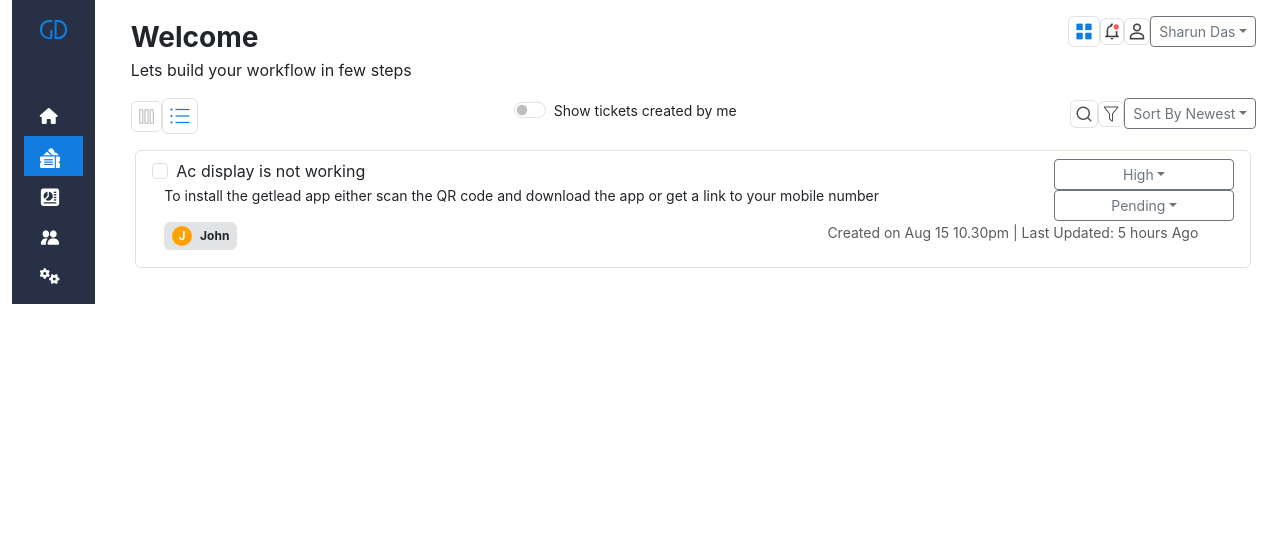
Repository: rishikarajeev/GL_HelpDesk
Page: /showtickets
An editor plug-in stored every save of this project. The page is shown before and after the next save, followed by the edit.
The browser window is 1280 px wide. The pictures show the whole page.
The project was rebuilt for these pictures with package versions that can differ from the ones it lists, and the page was loaded fresh each time. Also part of the build but not shown: src/App.css, src/Pages/HomePage.jsx.

Above is the page before, as saved 2024-01-09 15:21:40.

After the next save:
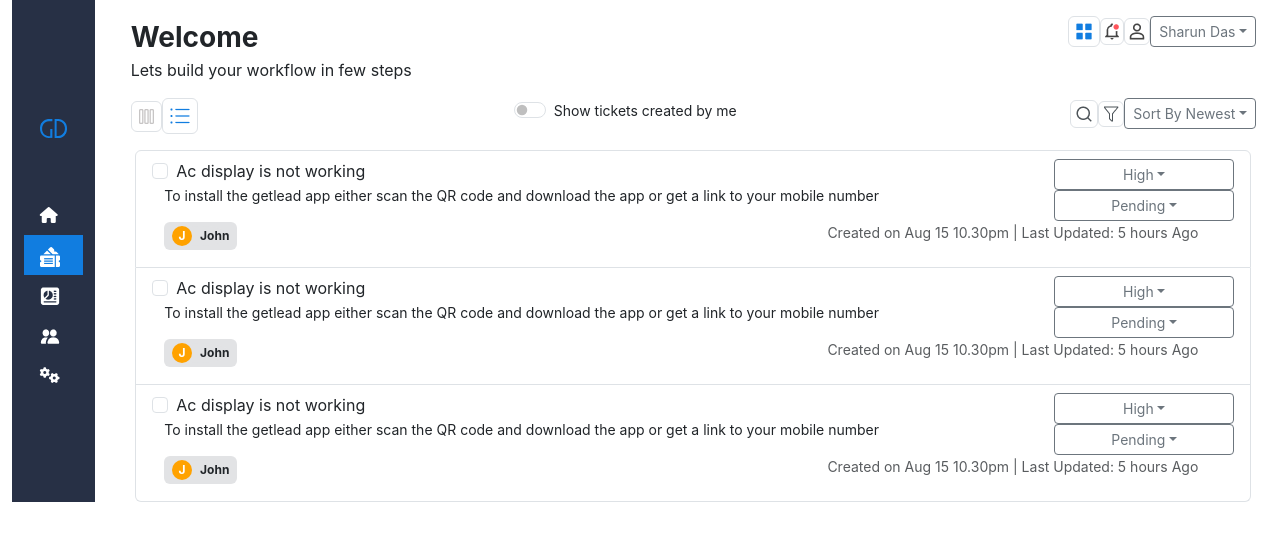
Saved 77 s later.
--- a/src/Pages/ViewTickets.jsx
+++ b/src/Pages/ViewTickets.jsx
@@ -3,19 +3,19 @@ import React from "react";
 import "../Assets/Css/Styles.css";
 import UserBadge from "../Components/UserBadge";
 import Header from "../Components/Header";
-import { Container, Row, Col, Navbar, Nav,ListGroup } from "react-bootstrap";
+import { Container, Row, Col, Navbar, Nav } from "react-bootstrap";
 
 function ViewTickets() {
   const userName = "John";
 
   return (
 
-    <Container className="container bg-white ">
+    <div className="container bg-white ">
 
-  <ListGroup>
-  <ListGroup.Item className="list-group-item d-flex justify-content-between align-items-start">
-  <Container>
-          <Row>
+    <ol className="list-group">
+      <li className="list-group-item d-flex justify-content-between align-items-start">
+        <div className="container">
+          <div className="row">
             <div className="col-10">
               <div className="row">
                 <div className="form-check">
@@ -69,12 +69,129 @@ function ViewTickets() {
                   </p>
                 </div>
               </div>
-              </Row>
-          </Container>
-        </ListGroup.Item>
+          </div>
+        </div>
+      </li>
+      <li className="list-group-item d-flex justify-content-between align-items-start">
+        <div className="container">
+          <div className="row">
+            <div className="col-10">
+              <div className="row">
+                <div className="form-check">
+                  <input
+                    className="form-check-input"
+                    type="checkbox"
+                    value=""
+                    id="flexCheckDefault"
+                  />
+                  <label className="form-check-label" htmlFor="flexCheckDefault">
+                    Ac display is not working
+                  </label>
+                </div>
+              </div>
+              <div className="row">
+                <p className="small text-wrap">
+                  To install the getlead app either scan the QR code and
+                  download the app or get a link to your mobile number
+                </p>
+              </div>
 
-    </ListGroup>
-  </Container>
+            </div>
+            <div className="col-2">
+              <div className="row">
+                <button
+                  className="btn btn-outline-secondary btn-sm dropdown-toggle"
+                  type="button"
+                  data-bs-toggle="dropdown"
+                  aria-expanded="false"
+                >
+                  High
+                </button>
+
+                <button
+                  className="btn btn-outline-secondary btn-sm dropdown-toggle"
+                  type="button"
+                  data-bs-toggle="dropdown"
+                  aria-expanded="false"
+                >
+                  Pending
+                </button>
+              </div>
+            </div>
+            <div className="row">
+                <div className="col-5">
+                  <UserBadge name={userName} />
+                </div>
+                <div className="col-7 text-end">
+                  <p className="text-muted small">
+                    Created on Aug 15 10.30pm | Last Updated: 5 hours Ago
+                  </p>
+                </div>
+              </div>
+          </div>
+        </div>
+      </li>
+         <li className="list-group-item d-flex justify-content-between align-items-start">
+        <div className="container">
+          <div className="row">
+            <div className="col-10">
+              <div className="row">
+                <div className="form-check">
+                  <input
+                    className="form-check-input"
+                    type="checkbox"
+                    value=""
+                    id="flexCheckDefault"
+                  />
+                  <label className="form-check-label" htmlFor="flexCheckDefault">
+                    Ac display is not working
+                  </label>
+                </div>
+              </div>
+              <div className="row">
+                <p className="small text-wrap">
+                  To install the getlead app either scan the QR code and
+                  download the app or get a link to your mobile number
+                </p>
+              </div>
+
+            </div>
+            <div className="col-2">
+              <div className="row">
+                <button
+                  className="btn btn-outline-secondary btn-sm dropdown-toggle"
+                  type="button"
+                  data-bs-toggle="dropdown"
+                  aria-expanded="false"
+                >
+                  High
+                </button>
+
+                <button
+                  className="btn btn-outline-secondary btn-sm dropdown-toggle"
+                  type="button"
+                  data-bs-toggle="dropdown"
+                  aria-expanded="false"
+                >
+                  Pending
+                </button>
+              </div>
+            </div>
+            <div className="row">
+                <div className="col-5">
+                  <UserBadge name={userName} />
+                </div>
+                <div className="col-7 text-end">
+                  <p className="text-muted small">
+                    Created on Aug 15 10.30pm | Last Updated: 5 hours Ago
+                  </p>
+                </div>
+              </div>
+          </div>
+        </div>
+      </li>
+    </ol>
+  </div>
 
   );
 }
